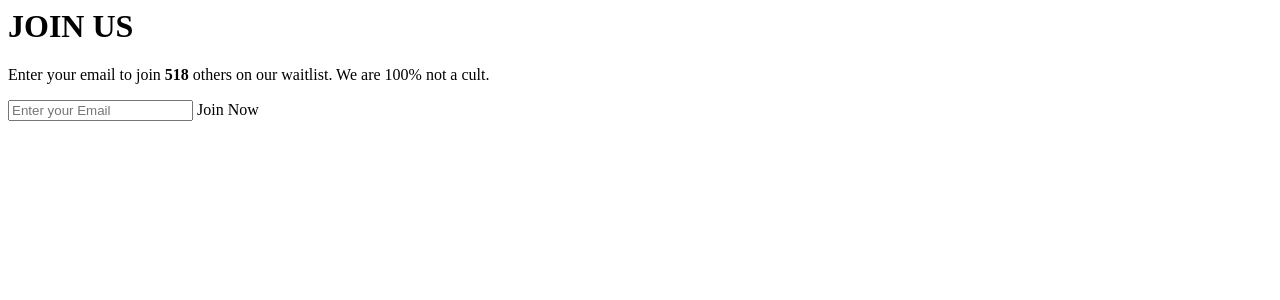
Repository: IrisSIQIAN/Daily-practice
Page: http://localhost/
The author's editor kept a record of every edit. The page is drawn from the files as they stood at one moment, then again after the next edit.
The browser window is 1280 px wide. The pictures show the whole page.
The page is served by the project's Node server (WebApp/app.js). The database holds what the project's SQL file puts in it.

Above is the page before.

After the next edit:
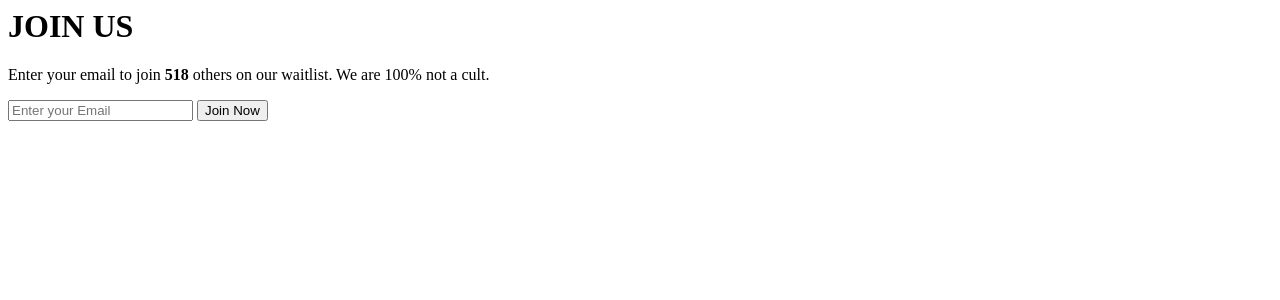
The edit:
--- a/WebApp/views/home.ejs
+++ b/WebApp/views/home.ejs
@@ -4,6 +4,6 @@
 others on our waitlist. We are 100% not a cult. </p>
 
 <form method="POST" action = '/register'>
-    <input type = "text" class = "form" placeholder ="Enter your Email"
+    <input type = "text" class = "form" placeholder ="Enter your Email">
     <button> Join Now</button>
 </form>
